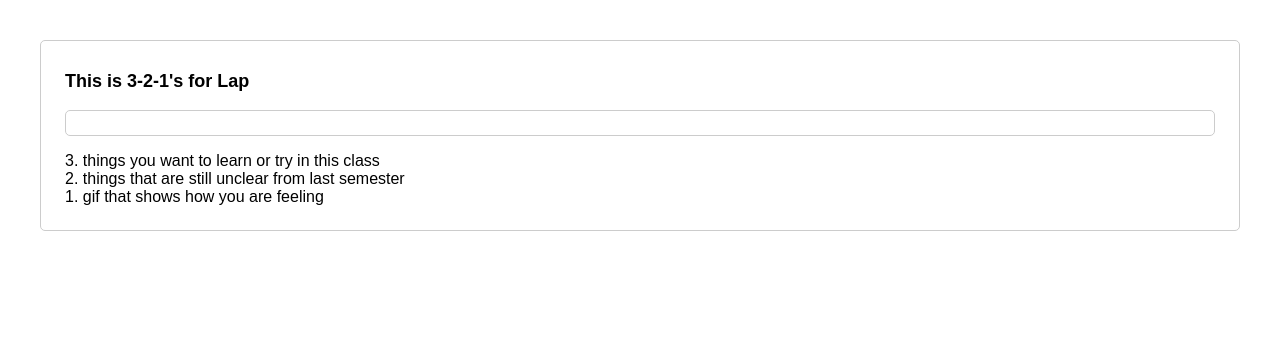
Repository: HyunJunggggg/MDIA2109
Page: index.html
These files come from the project's save history. The page is drawn as it stood at one moment and after a run of saves; the edit follows.
The browser window is 1280 px wide. The pictures show the whole page.

Above is the page before, as saved 2025-01-23 15:43:38.

After the next 4 saves:
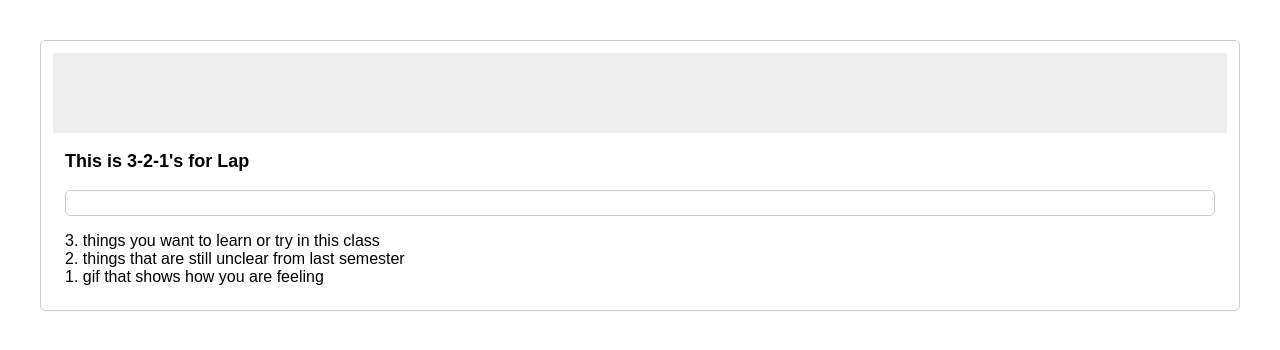
The 4 saves are shown as one change because they came seconds apart.
The last was saved 18 s later.
--- a/style.css
+++ b/style.css
@@ -40,6 +40,7 @@ p {
 
 .container__header {
     background-color: #eee;
+    padding: 2.5em;
 }
 .container__title {
 }
